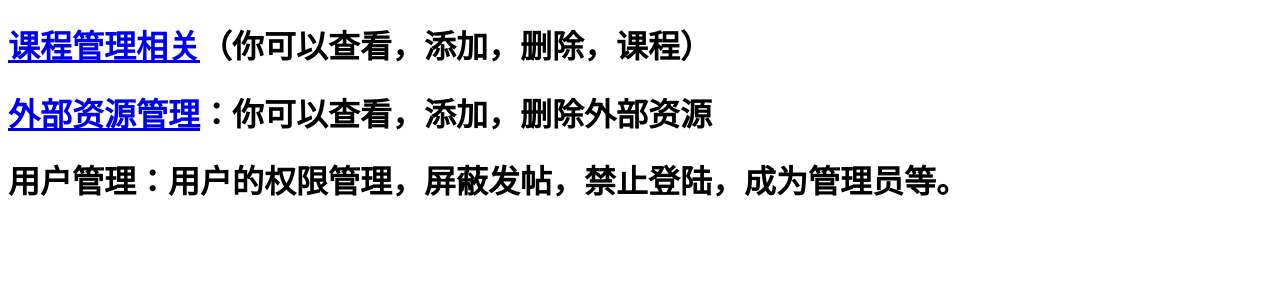
Repository: hbisheng/Academic-portal-website
Page: http://localhost/NewInfo/admin/index.jsp
The author's editor kept a copy of each file at every save. The page is drawn from the files as they stood at one save, then again after the next save.
The browser window is 1280 px wide. The pictures show the whole page.
The page is served by Tomcat 9. Other server files are loaded and not shown.

Above is the page before, as saved 2014-09-20 12:59:41.

### Java_info/NewInfo/WebContent/admin/index.jsp
<%@ page language="java" contentType="text/html; charset=UTF-8"
    pageEncoding="UTF-8"%>
<!DOCTYPE html PUBLIC "-//W3C//DTD HTML 4.01 Transitional//EN" "http://www.w3.org/TR/html4/loose.dtd">
<html>
<head>
<meta http-equiv="Content-Type" content="text/html; charset=UTF-8">
<title>Insert title here</title>
</head>
<body>

<h1><a href="course_manage.jsp">课程管理相关</a>（你可以查看，添加，删除，课程）</h1>

<h1><a href="media_magage.jsp">外部资源管理</a>：你可以查看，添加，删除外部资源</h1>

<h1>用户管理：用户的权限管理，屏蔽发帖，禁止登陆，成为管理员等。</h1>

</body>
</html>

After the next save:
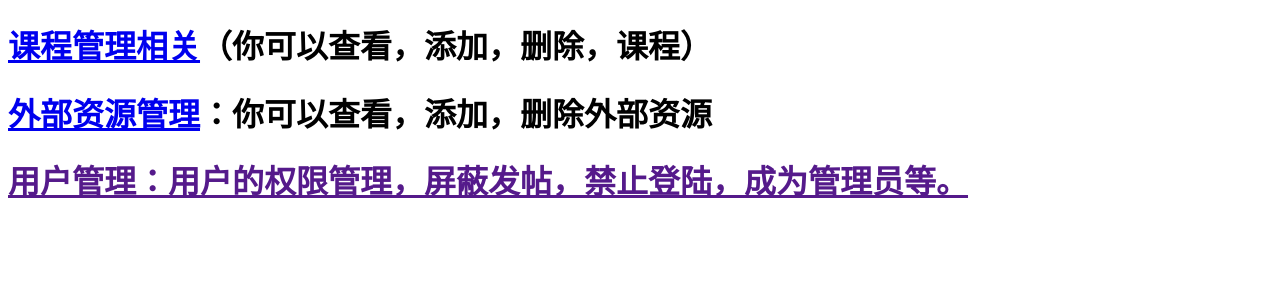
Saved 6 s later.
--- a/Java_info/NewInfo/WebContent/admin/index.jsp
+++ b/Java_info/NewInfo/WebContent/admin/index.jsp
@@ -12,7 +12,7 @@
 
 <h1><a href="media_magage.jsp">外部资源管理</a>：你可以查看，添加，删除外部资源</h1>
 
-<h1>用户管理：用户的权限管理，屏蔽发帖，禁止登陆，成为管理员等。</h1>
+<h1><a href="">用户管理：用户的权限管理，屏蔽发帖，禁止登陆，成为管理员等。</h1>
 
 </body>
 </html>
